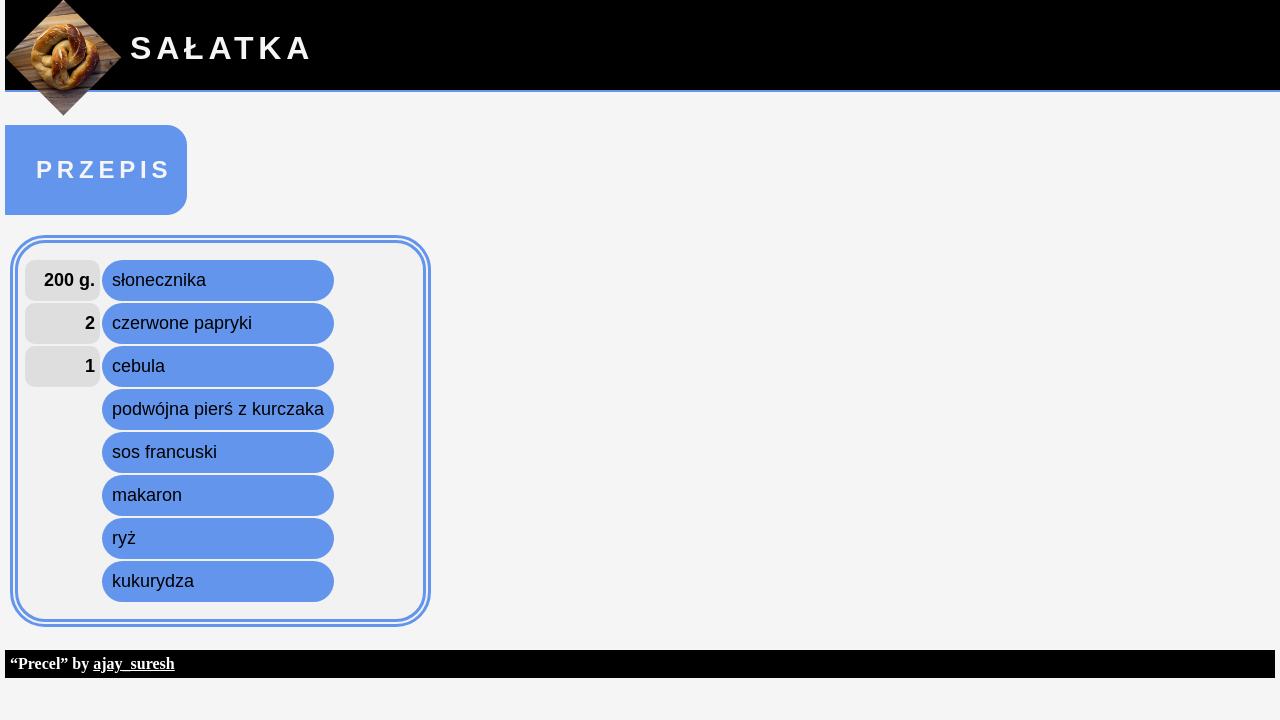
Repository: yaoayh/przepisy
Page: podstrony/salatka_francuska.html
An editor plug-in stored every save of this project. The page is shown before and after the next save, followed by the edit.
The browser window is 1280 px wide. The pictures show the whole page.

Above is the page before, as saved 2020-08-13 00:24:11.

### podstrony/salatka_francuska.html
<!DOCTYPE html>
<html>
    <head>
        <title>Salatka francuska</title>

        <link rel="shortcut icon" href="../images/icon.jpg">

        <meta charset="UTF-8">
        <meta name="viewport" content="width=device-width, initial-scale=1.0">
        <meta name="author" content="Dawid Litwin">
        <link href="../css/styles.css" type="text/css"
        rel="stylesheet">
    </head>
    <body class="body_Undersite">
        <div id="header_Undersite">
            <div class="picture">
                <a href="../index.html"><img src="../images/precel.jpg" alt="precel"
                title="obrazek przedstawiajacy precel"
                width= "82,8" height= "82,8"></a>
            </div>
            <h1 class="h1_Undersite">Sałatka</h1>
        </div>


        <!--                0000000000000000000                 -->

        <form class="form_Undersite">
            <h2>Przepis</h2>
            <div class="name">
                <table>
                    <tr>
                        <td>200 g.</td>
                        <td class="table2">słonecznika</td>
                    </tr>
                    <tr>
                        <td>2</td>
                        <td class="table2">czerwone papryki</td>
                    </tr>
                    <tr>
                        <td>1</td>
                        <td class="table2">cebula</td>
                    </tr>
                    <tr>
                        <td></td>
                        <td class="table2">podwójna pierś z kurczaka</td>
                    </tr>
                    <tr>
                        <td></td>
                        <td class="table2">sos francuski</td>
                    </tr>
                    <tr>
                        <td></td>
                        <td class="table2">makaron</td>
                    </tr><tr>
                        <td></td>
                        <td class="table2">ryż</td>
                    </tr>
                    <tr>
                        <td></td>
                        <td class="table2">kukurydza</td>
                    </tr>
                </table>
            </div>

            <div class="Przepis">


            </div>

            </form>
            <br>
            <form class="bottom">
                <strong> <q>Precel</q>
                    by <a class="a_Bottom" href="https://www.flickr.com/photos/ajay_suresh/">ajay_suresh</a>
            </strong>
            </form>
        </body>
    </html>

### css/styles.css

html{overflow: scroll;}
body {

    /*
    *
    *
    *
    *
    *
    */

    /*
    *
    *
    *
    *
    *
    */

    height: auto;
	margin: 0px;
    background-color: whitesmoke;}

/*                      Nagłówek                    */
body.body_Undersite{
    padding: 5px;
}
#header {
    top: 0px;
    width: 100%;
    height: 90px;
    position: fixed;
    background-color: black;
    border-bottom: 2px solid cornflowerblue;}

.picture{
    margin: 16px;
    float: left;
    width: 82px;
    transform: rotate(45deg);}

h1 {
    text-transform: uppercase;
    font-family: Arial, Helvetica, sans-serif;
    letter-spacing: 0.2em;
    font-style: normal;
    color: whitesmoke;
    padding: 30px 30px 30px 15px;
    margin-left: 110px;
    margin-top: 0px;}


/*                  CZESC II                    */
form.main2{
    margin: auto;
    height: auto; /*531px;*/
    width: 354px;/*354px;*/
    background-color: whitesmoke;
    padding: 5px;}
.info_Nr1, .info_Nr2{
    background-color: black;
    border: 12px 12px 12px 12px;
    border-color: white;
    border-style: double;
    text-align: center;
    margin-top: 120px;
    margin-bottom: 15px;
}

h3 {
    font-weight: normal;
    color: cornflowerblue;
    font-family: "Gill Sans", Arial, sans-serif;
    text-transform: uppercase;
    text-align: center;
    padding: 4px;
    margin: 0px;
    letter-spacing: 0.2em;}

/*                      BLOKI                   */

form.head_Sqares {
    margin: auto;
    height: 531px; /*531px;*/
    width: 354px;/*354px;*/
    background-color: whitesmoke;
    padding: 5px;}

.sqares_Left{
    text-decoration: none;
    border-radius: 15px;
    width: 172px;
    height: 172px;
    background-color: black;
    color: white;
    overflow: auto;
    float: left;
    margin-top: 3px;}
.first_Choice{color: cornflowerblue;}
.sqares_Right{
    text-decoration: none;
    border-radius: 15px;
    width: 172px;
    height: 172px;
    background-color: black;
    color: white;
    margin-top: 3px;
    overflow: auto;
    float: right ;
    clear: right;}
p {
    border-radius: 5px;
    text-decoration: none;
    padding-top: 55px;
    text-align: center;
    font-family: Georgia, 'Times New Roman', Times, serif;
    font-size: x-large;
    letter-spacing: 0.10em;
    margin:0px;}
p.p1_Shadow{padding: 21px; color: rgb(70, 66, 66);
    font-family: Impact, Haettenschweiler, 'Arial Narrow Bold', sans-serif;
text-decoration: none;}
p.p1{
    font-family: Impact, Haettenschweiler, 'Arial Narrow Bold', sans-serif;
    text-decoration: none;
    padding: 21px;
    color: cornflowerblue;}
#bigger {
    padding: 0px 0px;}
.info_Nr2 {margin-top: 10px;}

.n1,.n2,.n3,.n4,.n5,.n6,.n7,.n8,.n9,.n10,.n11,.n12,.n13,.n14,.n15,.n16,.n17,.n18,.n19,.n20,.n21,.n22,.n23,.n24,.n25,.n26,.n27{
    border-radius: 15px;
    border: 2px solid whitesmoke;
    clear: both;}
div.n1 {

    background-color: hsl(0, 0%, 90%);
}
.n2{
    background-color: hsl(0,0%,87%);
}
.n3{
    background-color: hsl(0, 0%, 84%);
}
.n4{
    background-color: hsl(0, 0%, 81%);
}
.n5{
    background-color: hsl(0, 0%, 78%);
}
.n6{
    background-color: hsl(0, 0%, 75%);
}
.n7{
    background-color: hsl(0, 0%, 72%);
}
.n8{
    background-color: hsl(0, 0%, 69%);
}
.n9{
    background-color: hsl(0, 0%, 66%);
}
.n10{
    background-color: hsl(0, 0%, 63%);
}
.n11{
    background-color: hsl(0, 0%, 60%);
}
.n12{
    background-color: hsl(0, 0%, 57%);
}
.n13{
    background-color: hsl(0, 0%, 54%);
}
.n14{
    background-color: hsl(0, 0%, 51%);
}
.n15{
    background-color: hsl(0, 0%, 48%);
}
.n16{
    background-color: hsl(0, 0%, 45%);
}
.n17{
    background-color: hsl(0, 0%, 42%);
}
.n18{
    background-color: hsl(0, 0%, 39%);
}
.n19{
    background-color: hsl(0, 0%, 36%);
}
.n20{
    background-color: hsl(0, 0%, 33%);
}
.n21{
    background-color: hsl(0, 0%, 30%);
}
.n22{
    background-color: hsl(0, 0%, 27%);
}
.n23{
    background-color: hsl(0, 0%, 24%);
}
.n24{
    background-color: hsl(0, 0%, 21%);
}
.n25{
    background-color: hsl(0, 0%, 18%);
}
.n26{
    background-color: hsl(0, 0%, 15%);
}
.n27{background-color: hsl(0, 0%, 12%);}


/*                  PRAWA AUTORSKIE             */
.a_Bottom {
    text-decoration: none;
    color: white;
    text-decoration-line: underline;
}
.bottom {
    padding: 5px;
    text-decoration: none;
    background-color: black;
    color: white;
}
/**************************************************************************************/

#header_Undersite {
    top: 0px;
    width: 100%;
    height: 90px;
    position: fixed;
    background-color: black;
    border-bottom: 2px solid cornflowerblue;}
h1.h1_Undersite {
    letter-spacing: 0.15em;
}

a.m1:visited{
    color: cornflowerblue;
}
a {

    text-decoration: whitesmoke;

}
a:visited{
    color: whitesmoke;
}
a:hover{
    text-decoration: none;
    background-color: aquamarine;
    color: cyan;
}
td{
    font-size: large;
    text-decoration: solid;
    font-family: Arial, Helvetica, sans-serif;
    padding: 5px;
    background-color: cornflowerblue;
    border-radius: 5px;

}
form.form_Undersite{
    margin-top: 120px;
    background-color: rgb(245, 245, 245);
}
.name{
    max-width: 400px;
    border-radius: 35px;
    border: 8px double cornflowerblue;
    background-color: hsl(245,0%,95%);
    padding: 5px 0px 5px 5px;
    margin: 5px;}

h2 {
    text-align: left;
    font-size: x-large;
    text-transform: uppercase;
    font-family: Arial, Helvetica, sans-serif;
    letter-spacing: 0.2em;
    font-style: normal;
    color: whitesmoke;
    padding: 30px;
    border: 1px solid cornflowerblue;
    border-radius: 0px 20px 20px 0px;
    max-width: 120px;
    background-color: cornflowerblue;
    }
table {

    margin-right: 0px;
    padding: 10px 0px 10px 0px;
}
tr{
    empty-cells: hide;
}
td {
    width: 60px;
    background-color: hsl(0,0%,87%);
    border-radius: 10px;
    padding: 10px 5px 10px 10px;
    text-align: right;
    font-weight: bold;
}
td.table2{
    width: auto;
    background-color: cornflowerblue;
    border-radius: 50px;
    font-weight: normal;
    padding: 10px 10px 10px 10px;
    text-align: left;
}
ol{
    padding: 10px 0px 10px 0px;
    margin: 25px;
    border-radius: 20px;
    background-color: hsl(0,0%,87%);
}
li {

    font-family: Arial, Helvetica, sans-serif;
    font-size: large;
    padding: 15px 5px 10px 5px;
}
.ps{
    background-color: hsl(0,0%,87%);
    margin: 5px;
    border: 4px double cadetblue;
    border-radius: 5px;
    padding: 5px;
}

After the next save:
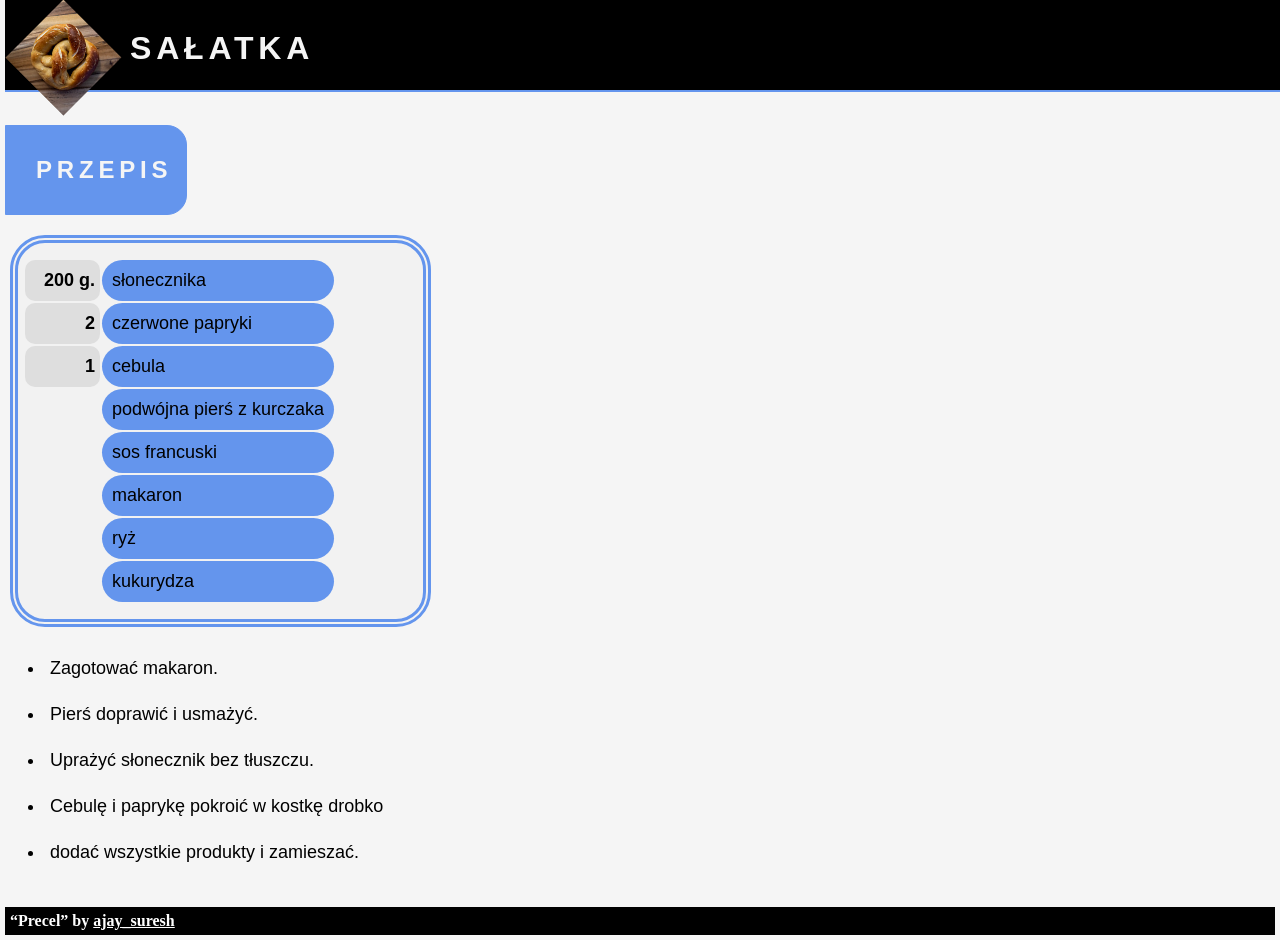
Saved 2 min 11 s later.
--- a/podstrony/salatka_francuska.html
+++ b/podstrony/salatka_francuska.html
@@ -63,7 +63,13 @@
             </div>
 
             <div class="Przepis">
-
+                <ul>
+                    <li>Zagotować makaron.</li>
+                    <li>Pierś doprawić i usmażyć.</li>
+                    <li>Uprażyć słonecznik bez tłuszczu.</li>
+                    <li>Cebulę i paprykę pokroić w kostkę drobko</li>
+                    <li>dodać wszystkie produkty i zamieszać.</li>
+                </ul>
 
             </div>
 
